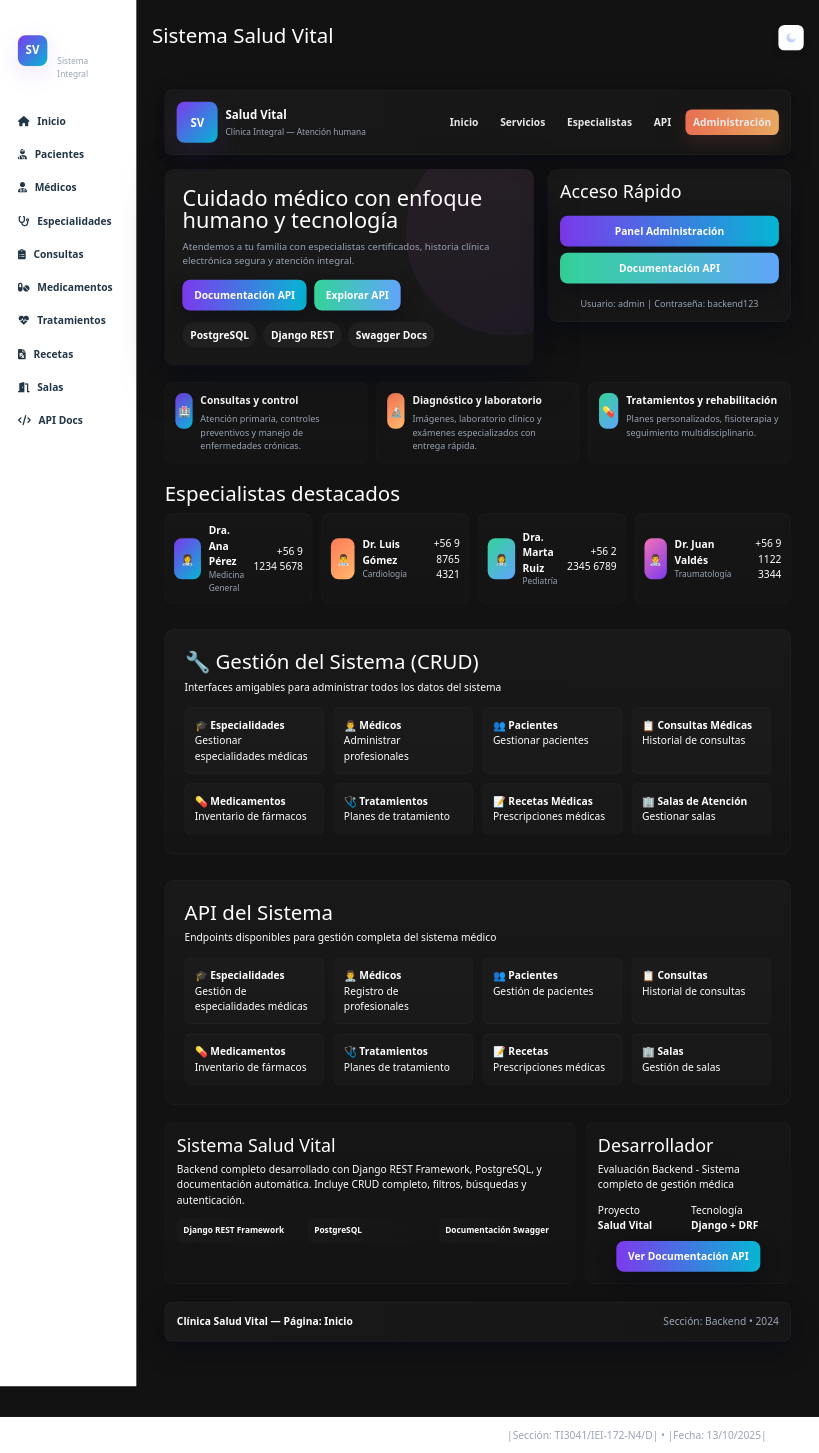
Repository: KeviNozh/eva2_clinica
Page: templates/index.html
An editor plug-in stored every save of this project. The page is shown before and after the next save, followed by the edit.
The browser window is 1280 px wide. The pictures show the whole page, at 64% of full size.
The template is drawn by Django 5.2. The application's start-up code is not run. Other server files are loaded and not shown. The template is opened directly, without the code that normally fills it, so the values that code supplies are empty.

Above is the page before, as saved 2025-10-14 19:43:59.

### templates/index.html
{% extends 'base.html' %}

{% block title %}Inicio - Salud Vital{% endblock %}

{% block content %}
<!DOCTYPE html>
<html lang="es">
<head>
  <meta charset="utf-8" />
  <meta name="viewport" content="width=device-width,initial-scale=1" />
  <style>
  /* Paleta viva y variables */
  :root{
    --bg:#               /* fondo oscuro general */
    --soft-bg:#f6fbff;          /* paneles claros */
    --glass: rgba(224, 255, 246, 0.06);
    --muted:#9aa4b2;
    --white:#ffffff;

    --c1-start:#7c3aed; --c1-end:#06b6d4;   /* morado -> cian */
    --c2-start:#ff7a59; --c2-end:#ffb86b;   /* naranja -> amarillo */
    --c3-start:#34d399; --c3-end:#60a5fa;   /* verde -> azul */
    --c4-start:#f472b6; --c4-end:#7c3aed;   /* rosa -> morado */

    --radius:14px;
    --shadow-lg: 0 18px 60px rgba(2,6,23,0.5);
    --max-width:1200px;
    font-family: Inter, system-ui, -apple-system, "Segoe UI", Roboto, "Helvetica Neue", Arial, sans-serif;
    color-scheme: dark;
  }

  /* Reset y layout */
  *{box-sizing:border-box}
  html,body{height:100%;margin:0;background:
    radial-gradient(600px 300px at 10% 10%, rgba(124,58,237,0.12), transparent 10%),
    radial-gradient(500px 240px at 90% 70%, rgba(6,182,212,0.08), transparent 8%),
    var(--bg);
    -webkit-font-smoothing:antialiased;color:var(--white);
  }
  a{color:inherit;text-decoration:none}
  .wrap{max-width:var(--max-width);margin:30px auto;padding:20px}

  /* Header */
  header.site{
    display:flex;align-items:center;gap:16px;padding:18px;border-radius:12px;
    background: linear-gradient(90deg, rgba(255,255,255,0.03), rgba(255,255,255,0.02));
    border: 1px solid rgba(255,255,255,0.04);
    box-shadow: 0 8px 30px rgba(2,6,23,0.45);
  }
  .brand{display:flex;gap:12px;align-items:center}
  .logo{
    width:64px;height:64px;border-radius:12px;background:linear-gradient(135deg,var(--c1-start),var(--c1-end));
    display:grid;place-items:center;font-weight:900;font-size:18px;color:var(--white);box-shadow:0 12px 40px rgba(124,58,237,0.14)
  }
  .brand .title{font-weight:800;font-size:18px}
  .brand .subtitle{font-size:13px;color:var(--muted);margin-top:4px}

  nav.main{margin-left:auto;display:flex;gap:10px;align-items:center}
  .nav-link{padding:8px 12px;border-radius:10px;color:var(--white);opacity:0.9;font-weight:700}
  .nav-link.ghost{background:transparent;border:1px solid rgba(255,255,255,0.04);opacity:0.8}
  .nav-link.cta{background:linear-gradient(90deg,var(--c2-start),var(--c2-end));box-shadow:0 12px 30px rgba(255,122,89,0.14)}

  /* Hero */
  .hero{display:grid;grid-template-columns:1fr 380px;gap:22px;margin-top:22px;align-items:start}
  @media (max-width:980px){ .hero{grid-template-columns:1fr} }
  .hero-card{
    background: linear-gradient(180deg, rgba(255,255,255,0.04), rgba(255,255,255,0.02));
    border-radius:var(--radius);padding:28px;box-shadow:var(--shadow-lg);
    position:relative;overflow:hidden;
  }
  /* decorative shapes */
  .hero-card::before{
    content:"";position:absolute;right:-120px;top:-60px;width:320px;height:320px;border-radius:160px;
    background:linear-gradient(135deg,var(--c4-start),var(--c4-end));opacity:0.06;transform:rotate(20deg);
  }
  .hero h1{margin:0;font-size:34px;line-height:1.02}
  .hero p{margin:12px 0;color:var(--muted);font-size:15px}
  .cta-group{display:flex;gap:12px;margin-top:18px;flex-wrap:wrap}
  .btn{
    padding:12px 18px;border-radius:12px;border:0;font-weight:800;cursor:pointer;
    color:var(--white);box-shadow:0 10px 30px rgba(2,6,23,0.4)
  }
  .btn.primary{background:linear-gradient(90deg,var(--c1-start),var(--c1-end))}
  .btn.alt{background:linear-gradient(90deg,var(--c3-start),var(--c3-end))}

  /* Appointment card (right) */
  .appointment{
    background: linear-gradient(180deg, rgba(255,255,255,0.03), rgba(255,255,255,0.02));
    padding:18px;border-radius:16px;border:1px solid rgba(255,255,255,0.04);box-shadow:0 12px 40px rgba(2,6,23,0.45)
  }
  .appointment h3{margin:0 0 10px 0}
  .appointment label{display:block;font-size:13px;color:var(--muted);margin-bottom:6px}
  .appointment input, .appointment select{width:100%;padding:10px;border-radius:10px;border:1px solid rgba(255,255,255,0.04);background:transparent;color:var(--white);margin-bottom:10px}

  /* Services grid */
  .services{display:grid;grid-template-columns:repeat(3,1fr);gap:14px;margin-top:26px}
  @media (max-width:1100px){ .services{grid-template-columns:repeat(2,1fr)} }
  @media (max-width:700px){ .services{grid-template-columns:1fr} }
  .service{
    background:linear-gradient(180deg, rgba(255,255,255,0.02), rgba(255,255,255,0.01));
    padding:16px;border-radius:12px;border:1px solid rgba(255,255,255,0.03);display:flex;gap:12px;align-items:flex-start;
  }
  .service .icon{width:56px;height:56px;border-radius:12px;display:grid;place-items:center;color:var(--white);font-weight:900}
  .s1{background:linear-gradient(135deg,var(--c1-start),var(--c1-end))}
  .s2{background:linear-gradient(135deg,var(--c2-start),var(--c2-end))}
  .s3{background:linear-gradient(135deg,var(--c3-start),var(--c3-end))}
  .service .title{font-weight:800}
  .service .desc{color:var(--muted);margin-top:6px;font-size:14px}

  /* Specialists */
  .specialists{margin-top:28px}
  .specialists h2{margin:0 0 12px 0}
  .cards{display:grid;grid-template-columns:repeat(4,1fr);gap:14px}
  @media (max-width:1100px){ .cards{grid-template-columns:repeat(2,1fr)} }
  @media (max-width:600px){ .cards{grid-template-columns:1fr} }
  .doctor{
    background:linear-gradient(180deg, rgba(255,255,255,0.02), rgba(255,255,255,0.01));
    padding:14px;border-radius:12px;border:1px solid rgba(255,255,255,0.03);display:flex;gap:12px;align-items:center;
  }
  .avatar{width:64px;height:64px;border-radius:12px;display:grid;place-items:center;font-weight:900;color:var(--white)}
  .avatar.a1{background:linear-gradient(135deg,var(--c1-start),var(--c1-end))}
  .avatar.a2{background:linear-gradient(135deg,var(--c2-start),var(--c2-end))}
  .avatar.a3{background:linear-gradient(135deg,var(--c3-start),var(--c3-end))}
  .avatar.a4{background:linear-gradient(135deg,var(--c4-start),var(--c4-end))}
  .doc-meta .name{font-weight:800}
  .doc-meta .spec{color:var(--muted);font-size:13px}

  /* Facilities / base */
  .base{display:grid;grid-template-columns:2fr 1fr;gap:16px;margin-top:28px}
  @media (max-width:900px){ .base{grid-template-columns:1fr} }
  .about, .contact{
    background: linear-gradient(180deg, rgba(255,255,255,0.02), rgba(255,255,255,0.01));
    padding:18px;border-radius:12px;border:1px solid rgba(255,255,255,0.03);
  }
  .about h3{margin-top:0}
  .features{display:grid;grid-template-columns:repeat(3,1fr);gap:10px;margin-top:12px}
  .feature{padding:10px;border-radius:10px;background:linear-gradient(90deg, rgba(255,255,255,0.02), transparent);font-weight:700;color:var(--white);font-size:13px}

  /* Contact */
  .contact form input, .contact form textarea{width:100%;padding:10px;border-radius:10px;border:1px solid rgba(255,255,255,0.04);background:transparent;color:var(--white);margin-bottom:8px}

  /* Footer */
  footer.site{
    margin-top:28px;padding:18px;border-radius:12px;background:linear-gradient(90deg, rgba(255,255,255,0.03), rgba(255,255,255,0.02));
    border:1px solid rgba(255,255,255,0.04);
    display:flex;justify-content:space-between;align-items:center;gap:12px;box-shadow:0 12px 40px rgba(2,6,23,0.45)
  }
  .footer-left{font-weight:800}
  .footer-right{color:var(--muted)}
  .pill{display:inline-block;padding:8px 12px;border-radius:999px;background:rgba(255,255,255,0.04);font-weight:700}

  /* API Links Section */
  .api-section {
    margin-top: 40px;
    padding: 30px;
    background: linear-gradient(180deg, rgba(255,255,255,0.03), rgba(255,255,255,0.01));
    border-radius: 16px;
    border: 1px solid rgba(255,255,255,0.04);
  }
  .api-links {
    display: grid;
    grid-template-columns: repeat(auto-fit, minmax(200px, 1fr));
    gap: 15px;
    margin-top: 20px;
  }
  .api-link {
    padding: 15px;
    background: rgba(255,255,255,0.02);
    border-radius: 10px;
    border: 1px solid rgba(255,255,255,0.03);
    transition: all 0.3s ease;
  }
  .api-link:hover {
    background: rgba(255,255,255,0.05);
    transform: translateY(-2px);
  }

  /* Small responsive tweaks */
  @media (max-width:520px){
    .nav-link{display:none}
    header.site{padding:12px}
    .logo{width:52px;height:52px}
  }
  </style>
</head>
<body>
  <div class="wrap">
    <!-- Header -->
    <header class="site" role="banner" aria-label="Encabezado principal">
      <div class="brand">
        <div class="logo" aria-hidden>SV</div>
        <div>
          <div class="title">Salud Vital</div>
          <div class="subtitle">Clínica Integral — Atención humana</div>
        </div>
      </div>

      <nav class="main" role="navigation" aria-label="Navegación principal">
        <a class="nav-link" href="#home">Inicio</a>
        <a class="nav-link" href="#servicios">Servicios</a>
        <a class="nav-link" href="#medicos">Especialistas</a>
        <a class="nav-link" href="#api">API</a>
        <a class="nav-link cta" href="/admin/">Administración</a>
      </nav>
    </header>

    <!-- Hero + Appointment -->
    <section class="hero" id="home" aria-labelledby="hero-title">
      <div class="hero-card">
        <h1 id="hero-title">Cuidado médico con enfoque humano y tecnología</h1>
        <p>Atendemos a tu familia con especialistas certificados, historia clínica electrónica segura y atención integral.</p>

        <div class="cta-group">
          <a class="btn primary" href="/api/docs/">Documentación API</a>
          <a class="btn alt" href="/api/">Explorar API</a>
        </div>

        <div style="margin-top:18px;display:flex;gap:10px;flex-wrap:wrap">
          <span class="pill">PostgreSQL</span>
          <span class="pill">Django REST</span>
          <span class="pill">Swagger Docs</span>
        </div>
      </div>

      <aside class="appointment" aria-labelledby="ap-title" id="cita">
        <h3 id="ap-title">Acceso Rápido</h3>
        <div style="text-align: center; margin: 20px 0;">
          <a href="/admin/" class="btn primary" style="display: block; margin-bottom: 10px;">Panel Administración</a>
          <a href="/api/docs/" class="btn alt" style="display: block;">Documentación API</a>
        </div>
        <div style="color: var(--muted); font-size: 14px; text-align: center;">
          Usuario: admin | Contraseña: backend123
        </div>
      </aside>
    </section>

    <!-- Services -->
    <section id="servicios" class="services" aria-label="Servicios destacados">
      <article class="service">
        <div class="icon s1">🏥</div>
        <div>
          <div class="title">Consultas y control</div>
          <div class="desc">Atención primaria, controles preventivos y manejo de enfermedades crónicas.</div>
        </div>
      </article>

      <article class="service">
        <div class="icon s2">🔬</div>
        <div>
          <div class="title">Diagnóstico y laboratorio</div>
          <div class="desc">Imágenes, laboratorio clínico y exámenes especializados con entrega rápida.</div>
        </div>
      </article>

      <article class="service">
        <div class="icon s3">💊</div>
        <div>
          <div class="title">Tratamientos y rehabilitación</div>
          <div class="desc">Planes personalizados, fisioterapia y seguimiento multidisciplinario.</div>
        </div>
      </article>
    </section>

    <!-- Specialists -->
    <section class="specialists" id="medicos">
      <h2>Especialistas destacados</h2>
      <div class="cards" role="list">
        <div class="doctor" role="listitem">
          <div class="avatar a1">👩‍⚕️</div>
          <div class="doc-meta" style="flex:1">
            <div class="name">Dra. Ana Pérez</div>
            <div class="spec">Medicina General</div>
          </div>
          <div style="text-align:right">
            <div class="muted">+56 9 1234 5678</div>
          </div>
        </div>

        <div class="doctor">
          <div class="avatar a2">👨‍⚕️</div>
          <div class="doc-meta" style="flex:1">
            <div class="name">Dr. Luis Gómez</div>
            <div class="spec">Cardiología</div>
          </div>
          <div style="text-align:right">
            <div class="muted">+56 9 8765 4321</div>
          </div>
        </div>

        <div class="doctor">
          <div class="avatar a3">👩‍⚕️</div>
          <div class="doc-meta" style="flex:1">
            <div class="name">Dra. Marta Ruiz</div>
            <div class="spec">Pediatría</div>
          </div>
          <div style="text-align:right">
            <div class="muted">+56 2 2345 6789</div>
          </div>
        </div>

        <div class="doctor">
          <div class="avatar a4">👨‍⚕️</div>
          <div class="doc-meta" style="flex:1">
            <div class="name">Dr. Juan Valdés</div>
            <div class="spec">Traumatología</div>
          </div>
          <div style="text-align:right">
            <div class="muted">+56 9 1122 3344</div>
          </div>
        </div>
      </div>
    </section>

<!-- Agregar esta sección después de "Especialistas destacados" -->
<section class="api-section" id="crud">
  <h2>🔧 Gestión del Sistema (CRUD)</h2>
  <p class="muted">Interfaces amigables para administrar todos los datos del sistema</p>

  <div class="api-links">
    <a href="/crud/especialidades/" class="api-link">
      <strong>🎓 Especialidades</strong>
      <div class="muted">Gestionar especialidades médicas</div>
    </a>
    <a href="/crud/medicos/" class="api-link">
      <strong>👨‍⚕️ Médicos</strong>
      <div class="muted">Administrar profesionales</div>
    </a>
    <a href="/crud/pacientes/" class="api-link">
      <strong>👥 Pacientes</strong>
      <div class="muted">Gestionar pacientes</div>
    </a>
    <a href="/crud/consultas/" class="api-link">
      <strong>📋 Consultas Médicas</strong>
      <div class="muted">Historial de consultas</div>
    </a>
    <a href="/crud/medicamentos/" class="api-link">
      <strong>💊 Medicamentos</strong>
      <div class="muted">Inventario de fármacos</div>
    </a>
    <a href="/crud/tratamientos/" class="api-link">
      <strong>🩺 Tratamientos</strong>
      <div class="muted">Planes de tratamiento</div>
    </a>
    <a href="/crud/recetas/" class="api-link">
      <strong>📝 Recetas Médicas</strong>
      <div class="muted">Prescripciones médicas</div>
    </a>
    <a href="/crud/salas/" class="api-link">
      <strong>🏢 Salas de Atención</strong>
      <div class="muted">Gestionar salas</div>
    </a>
  </div>
</section>

    <!-- API Section -->
    <section class="api-section" id="api">
      <h2>API del Sistema</h2>
      <p class="muted">Endpoints disponibles para gestión completa del sistema médico</p>

      <div class="api-links">
        <a href="/api/especialidades/" class="api-link">
          <strong>🎓 Especialidades</strong>
          <div class="muted">Gestión de especialidades médicas</div>
        </a>
        <a href="/api/medicos/" class="api-link">
          <strong>👨‍⚕️ Médicos</strong>
          <div class="muted">Registro de profesionales</div>
        </a>
        <a href="/api/pacientes/" class="api-link">
          <strong>👥 Pacientes</strong>
          <div class="muted">Gestión de pacientes</div>
        </a>
        <a href="/api/consultas-medicas/" class="api-link">
          <strong>📋 Consultas</strong>
          <div class="muted">Historial de consultas</div>
        </a>
        <a href="/api/medicamentos/" class="api-link">
          <strong>💊 Medicamentos</strong>
          <div class="muted">Inventario de fármacos</div>
        </a>
        <a href="/api/tratamientos/" class="api-link">
          <strong>🩺 Tratamientos</strong>
          <div class="muted">Planes de tratamiento</div>
        </a>
        <a href="/api/recetas-medicas/" class="api-link">
          <strong>📝 Recetas</strong>
          <div class="muted">Prescripciones médicas</div>
        </a>
        <a href="/api/salas-atencion/" class="api-link">
          <strong>🏢 Salas</strong>
          <div class="muted">Gestión de salas</div>
        </a>
      </div>
    </section>

    <!-- Base / About & Contact -->
    <section class="base" id="contacto">
      <div class="about">
        <h3>Sistema Salud Vital</h3>
        <p class="muted">Backend completo desarrollado con Django REST Framework, PostgreSQL, y documentación automática. Incluye CRUD completo, filtros, búsquedas y autenticación.</p>

        <div class="features" aria-hidden>
          <div class="feature">Django REST Framework</div>
          <div class="feature">PostgreSQL</div>
          <div class="feature">Documentación Swagger</div>
        </div>
      </div>

      <aside class="contact" aria-labelledby="contact-title">
        <h3 id="contact-title">Desarrollador</h3>
        <p class="muted">Evaluación Backend - Sistema completo de gestión médica</p>

        <div style="display:flex;gap:8px;margin-top:8px">
          <div style="flex:1">
            <div class="muted">Proyecto</div>
            <div style="font-weight:800">Salud Vital</div>
          </div>
          <div style="flex:1">
            <div class="muted">Tecnología</div>
            <div style="font-weight:800">Django + DRF</div>
          </div>
        </div>

        <div style="margin-top:12px; text-align: center;">
          <a href="/api/docs/" class="btn primary">Ver Documentación API</a>
        </div>
      </aside>
    </section>

    <!-- Footer -->
    <footer class="site" role="contentinfo">
      <div class="footer-left">
        Clínica Salud Vital — Página: Inicio
      </div>
      <div class="footer-right">
        <div class="muted">Sección: Backend • <span>2024</span></div>
      </div>
    </footer>
  </div>
</body>
</html>
{% endblock %}

Loaded but not shown: templates/base.html (345 lines, source omitted)

After the next save:
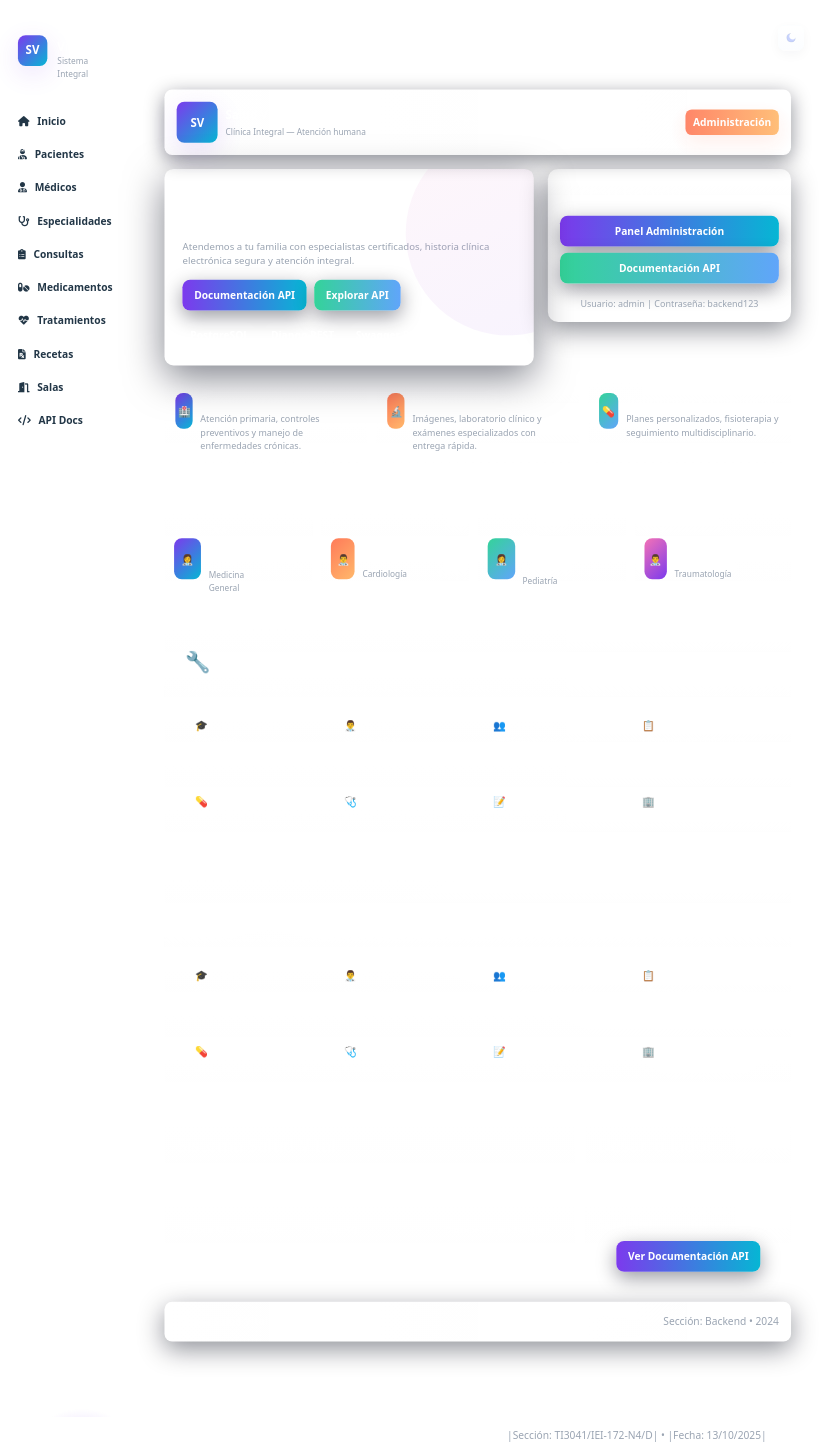
Saved 10 s later.
--- a/templates/index.html
+++ b/templates/index.html
@@ -11,7 +11,7 @@
   <style>
   /* Paleta viva y variables */
   :root{
-    --bg:#               /* fondo oscuro general */
+    --bg:#ffffff;      /* fondo oscuro general */
     --soft-bg:#f6fbff;          /* paneles claros */
     --glass: rgba(224, 255, 246, 0.06);
     --muted:#9aa4b2;
